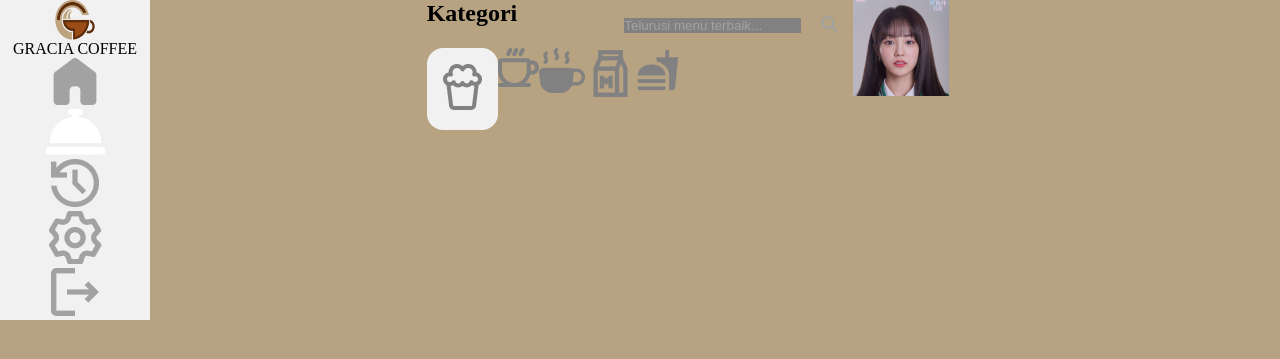
Repository: DanielChuaaa/sbd2
Page: index.html
The author's editor kept a copy of each file at every save. The page is drawn from the files as they stood at one save, then again after the next save.
The browser window is 1280 px wide. The pictures show the whole page.
Some web libraries are served in a nearby version.

Above is the page before, as saved 2023-10-20 10:35:13.

After the next save:
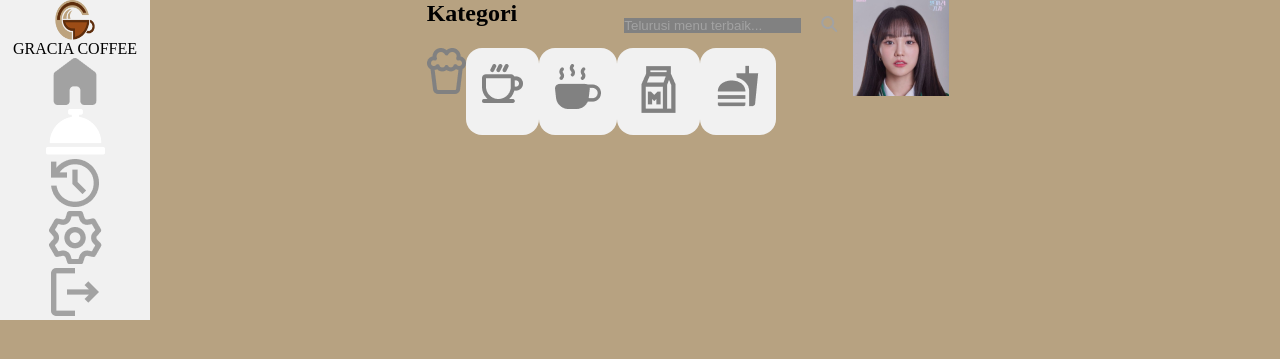
Saved 23 s later.
--- a/style.css
+++ b/style.css
@@ -68,7 +68,7 @@ body{
     justify-content: space-arounde;
 }
 
-.iconMenu1{
+.iconMenu{
     background: var(--clr-neutral-500);
 
     padding: 1rem;
